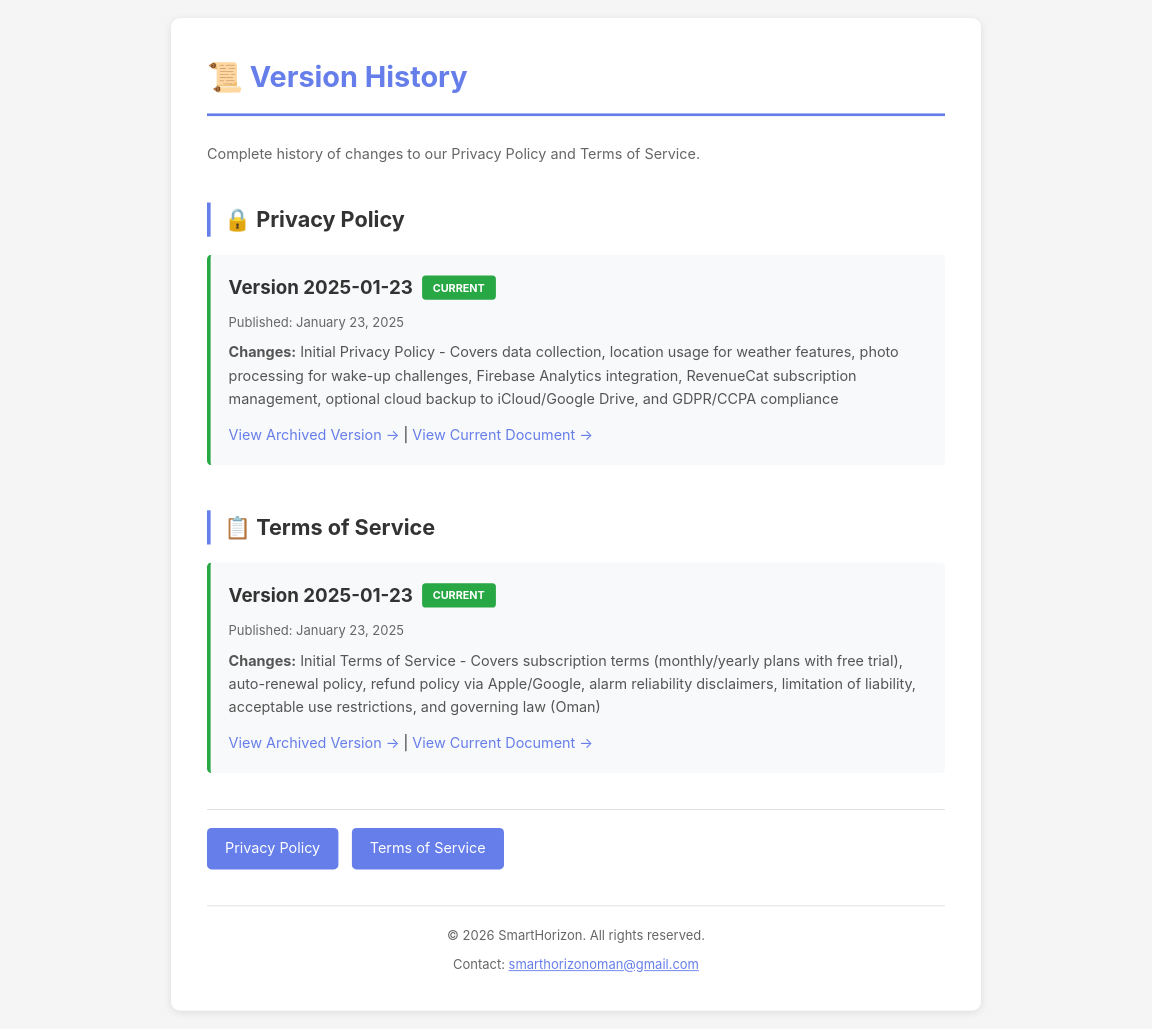
Repository: smarthorizons/smarthorizon_web
Page: legal/alarm-app/changelog.html
The author's editor kept a copy of each file at every save. The page is drawn from the files as they stood at one save, then again after the next save.
The browser window is 1280 px wide. The pictures show the whole page, at 90% of full size.

Above is the page before, as saved 2026-01-28 20:23:10.

After the next save:
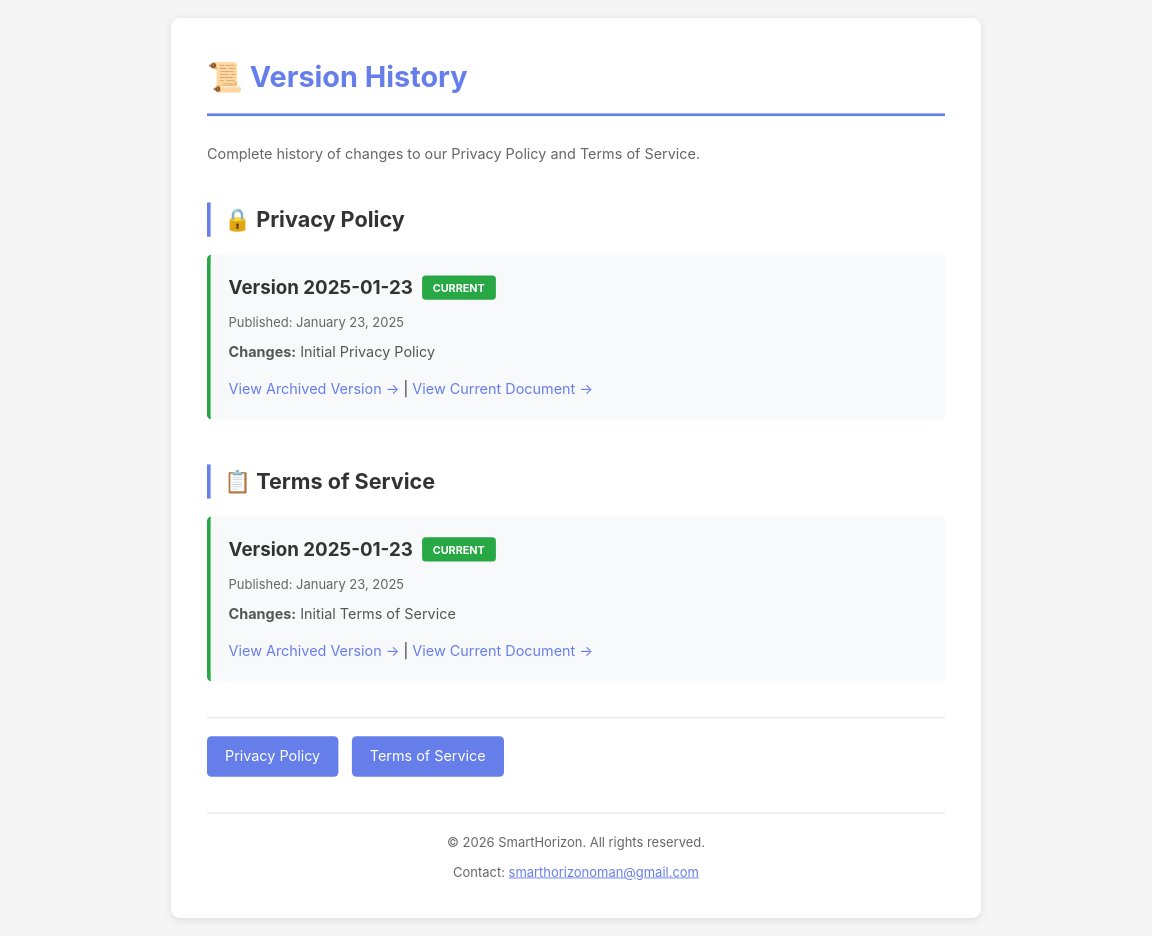
Saved 80 s later.
--- a/legal/alarm-app/changelog.json
+++ b/legal/alarm-app/changelog.json
@@ -7,7 +7,7 @@
         "version": "2025-01-23",
         "date": "2025-01-23T10:00:00Z",
         "url": "https://smarthorizons.co/legal/alarm-app/versions/privacy/2025-01-23.html",
-        "changes_summary": "Initial Privacy Policy - Covers data collection, location usage for weather features, photo processing for wake-up challenges, Firebase Analytics integration, RevenueCat subscription management, optional cloud backup to iCloud/Google Drive, and GDPR/CCPA compliance",
+        "changes_summary": "Initial Privacy Policy",
         "is_material_change": false,
         "requires_reacceptance": false
       }
@@ -21,7 +21,7 @@
         "version": "2025-01-23",
         "date": "2025-01-23T10:00:00Z",
         "url": "https://smarthorizons.co/legal/alarm-app/versions/terms/2025-01-23.html",
-        "changes_summary": "Initial Terms of Service - Covers subscription terms (monthly/yearly plans with free trial), auto-renewal policy, refund policy via Apple/Google, alarm reliability disclaimers, limitation of liability, acceptable use restrictions, and governing law (Oman)",
+        "changes_summary": "Initial Terms of Service",
         "is_material_change": false,
         "requires_reacceptance": false
       }
